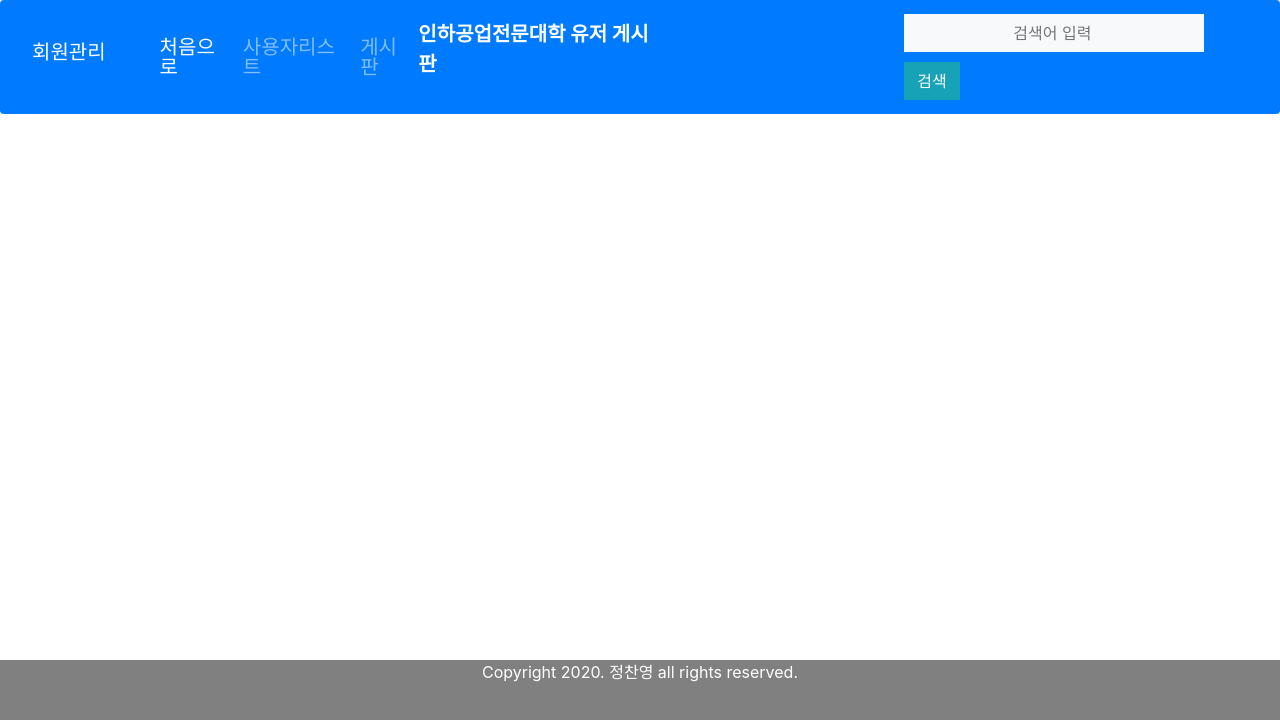
Repository: 201645032/IoTServerFrameWork
Page: http://localhost/layout/default
These files come from the project's save history. The page is drawn as it stood at one moment and after the next save; the edit follows.
The browser window is 1280 px wide. The pictures show the whole page.
Some web fonts or font styles are not loaded; a fallback is used. The page is this project's Thymeleaf template; nobody is signed in. The template is opened directly, without the code that normally fills it, so the values that code supplies are empty.

Above is the page before, as saved 2020-06-11 05:56:43.

### MyProject/src/main/resources/templates/layout/default.html
<html lagn="ko" xmlns:th="http://www.thymeleaf.org" xmlns:layout="http://www.ultraq.net.nz/thymeleaf/layout">
<style>
footer {
   width:100%;
   height:100px;

   bottom:1px;
   background:#5eaeff;
   text-align: center;
   color: white;
   padding-bottom: 19px;
}

#navbarSupportedContent{
	font-size:20px;
	color:white;
}

#nav-main{
font-style:bold;
}

#title_main{

margin-right: 250px;
font-weight: bold;
}
</style>

<head th:replace="fragments/config :: configFragment"></head>

<header th:replace="fragments/menu :: menuFragment"></header>

<div layout:fragment="content"></div>

<footer th:replace="fragments/footer :: footerFragment"></footer>
</html>

### MyProject/src/main/resources/templates/fragments/config.html
<html xmlns:th="http://www.thymeleaf.org"
      xmlns:layout="http://www.ultraq.net.nz/thymeleaf/layout">

<head th:fragment="configFragment">
    <meta charset="UTF-8" />
    <!-- 공통으로 쓰이는 css파일을넣는다.-->
    <link rel="stylesheet"
          href="https://maxcdn.bootstrapcdn.com/bootstrap/3.3.6/css/bootstrap.min.css" />
    <!-- 컨텐츠페이지의 CSS 영역이 들어감 -->
    <th:block layout:fragment="css"></th:block>
	<link rel = "stylesheet" th:href="@{/style.css}"></link>
    <!-- 공통으로 쓰이는 css파일을넣는다.-->
<link rel="stylesheet" href="https://stackpath.bootstrapcdn.com/bootstrap/4.5.0/css/bootstrap.min.css" integrity="sha384-9aIt2nRpC12Uk9gS9baDl411NQApFmC26EwAOH8WgZl5MYYxFfc+NcPb1dKGj7Sk" crossorigin="anonymous">

	<!--  공통으로 쓰이는 js파일이 들어간다. -->
	<script src="https://code.jquery.com/jquery-3.5.1.slim.min.js" integrity="sha384-DfXdz2htPH0lsSSs5nCTpuj/zy4C+OGpamoFVy38MVBnE+IbbVYUew+OrCXaRkfj" crossorigin="anonymous"></script>
	<script src="https://cdn.jsdelivr.net/npm/popper.js@1.16.0/dist/umd/popper.min.js" integrity="sha384-Q6E9RHvbIyZFJoft+2mJbHaEWldlvI9IOYy5n3zV9zzTtmI3UksdQRVvoxMfooAo" crossorigin="anonymous"></script>
	<script src="https://stackpath.bootstrapcdn.com/bootstrap/4.5.0/js/bootstrap.min.js" integrity="sha384-OgVRvuATP1z7JjHLkuOU7Xw704+h835Lr+6QL9UvYjZE3Ipu6Tp75j7Bh/kR0JKI" crossorigin="anonymous"></script>
    <!-- 컨텐츠페이지의 스크립트 영역이 들어감 -->
    <th:block layout:fragment="script"></th:block>
</head>

</html>

### MyProject/src/main/resources/templates/fragments/menu.html
<html xmlns:th="http://www.thymeleaf.org">
<style>
</style>
<header th:fragment="menuFragment">

	<nav class="navbar navbar-expand-lg navbar-dark bg-primary" id = "nav-main">
		<a class="navbar-brand" href="/">회원관리</a>
		<button class="navbar-toggler" type="button" data-toggle="collapse"
			data-target="#navbarSupportedContent"
			aria-controls="navbarSupportedContent" aria-expanded="false"
			aria-label="Toggle navigation">
			<span class="navbar-toggler-icon"></span>
		</button>

		<div class="collapse navbar-collapse" id="navbarSupportedContent">
			<ul class="navbar-nav mr-auto">
				<li class="nav-item active"><a class="nav-link" href="/">처음으로
						<span class="sr-only">(current)</span>
				</a></li>
				<li class="nav-item"><a class="nav-link" href="/user/userList">사용자리스트</a></li>
				<li class="nav-item"><a class="nav-link" href="/board/boardList.do">게시판</a></li>
			</ul>
			<p id = "title_main">인하공업전문대학 유저 게시판</p>
			<form class="form-inline my-2 my-lg-0">
				<input class="btn btn-light" type="Search"
					placeholder="검색어 입력" aria-label="검색어 입력" style="width:300px">
				<button class="btn btn-info" type="submit">검색</button>
			</form>
		</div>
	</nav>

</header>

</html>

### MyProject/src/main/resources/templates/fragments/footer.html
<html xmlns:th="http://www.thymeleaf.org">


<footer th:fragment="footerFragment">

    <div class = "my_footer">
        <p>Copyright 2020. 정찬영 all rights reserved.</p>
    </div>

</footer>

</html>

### MyProject/src/main/resources/static/style.css
@CHARSET "UTF-8";

@import url(http://fonts.googleapis.com/earlyaccess/nanumgothic.css);
@import url(http://cdn.jsdelivr.net/font-nanum/1.0/nanumbarungothic/nanumbarungothic.css);

html{overflow:scorll;}
html, body, div, h1, h2, a, form, table, caption, thead, tbody, tr, th, td, submit {
	margin:0; outline:0; border:0; padding:0; font-size:100%; vertical-align:baseline; background:transparent;
}
body {
	font-size:0.875em; line-height:1.5; color:#666; -webkit-text-size-adjust:none; min-width:320px;
	font-family:'NanumGothic','나눔고딕',dotum, "Helvetica Neue", Helvetica, Verdana, Arial, Sans-Serief;
}
h1, h2, h3 {font-size: 1.5em;}
p{margin:0; padding:0;}
ul{margin:0;}
a:link, a:visited {text-decoration:none; color: #656565;}
input{vertical-align:middle;}
input:focus {outline:0;}
caption {display:none; width:0; height:0; margin-top:-1px; overflow:hidden; visibility:hidden; font-size:0; line-height:0;}

/*.container {max-width:1200px; margin:30px auto;} */
.board_list {width:100%; border-top:2px solid #252525; border-bottom:1px solid #ccc; margin:15px 0; border-collapse: collapse;}
.board_list thead th:first-child {background-image:none;}
.board_list thead th {border-bottom:1px solid #ccc; padding:13px 0; color:#3b3a3a; text-align: center; vertical-align:middle;}
.board_list tbody td {border-top:1px solid #ccc; padding:13px 0; text-align:center; vertical-align:middle;}
.board_list tbody tr:first-child td {border:none;}
.board_list tbody tr:hover{background:#ffff99;}
.board_list tbody td.title {text-align:left; padding-left:20px;}
.board_list tbody td a {display:inline-block}

.board_detail {width:100%; border-top:2px solid #252525; border-bottom:1px solid #ccc; border-collapse:collapse;}
.board_detail tbody input {width:100%;}
.board_detail tbody th {text-align:left; background:#f7f7f7; color:#3b3a3a; vertical-align:middle; text-align: center;}
.board_detail tbody th, .board_detail tbody td {padding:10px 15px; border-bottom:1px solid #ccc;}
.board_detail tbody textarea {width:100%; min-height:170px}


.btn {margin:5px; padding:5px 11px; color:#fff !important; display:inline-block; background-color:#7D7F82; vertical-align:middle; border-radius:0 !important; cursor:pointer; border:none;}
.btn:hover {background: #6b9ab8;}


.file_list a {display:inherit !important;}


footer{ position:fixed;
  left:0px;
  bottom:0px;
  height:60px;
  width:100%;
  background:grey;
  color: white; }


 .jumbotron {
	 background-image: url('../img/matrix.jpg');
 	background-size: cover;
 	text-shadow: black 0.2em 0.2em 0.2em;
 	color: white;
 	background: contain;
 	width: 100%;
 	height: 200px;
 	max-width:1400px;
 }

After the next save:
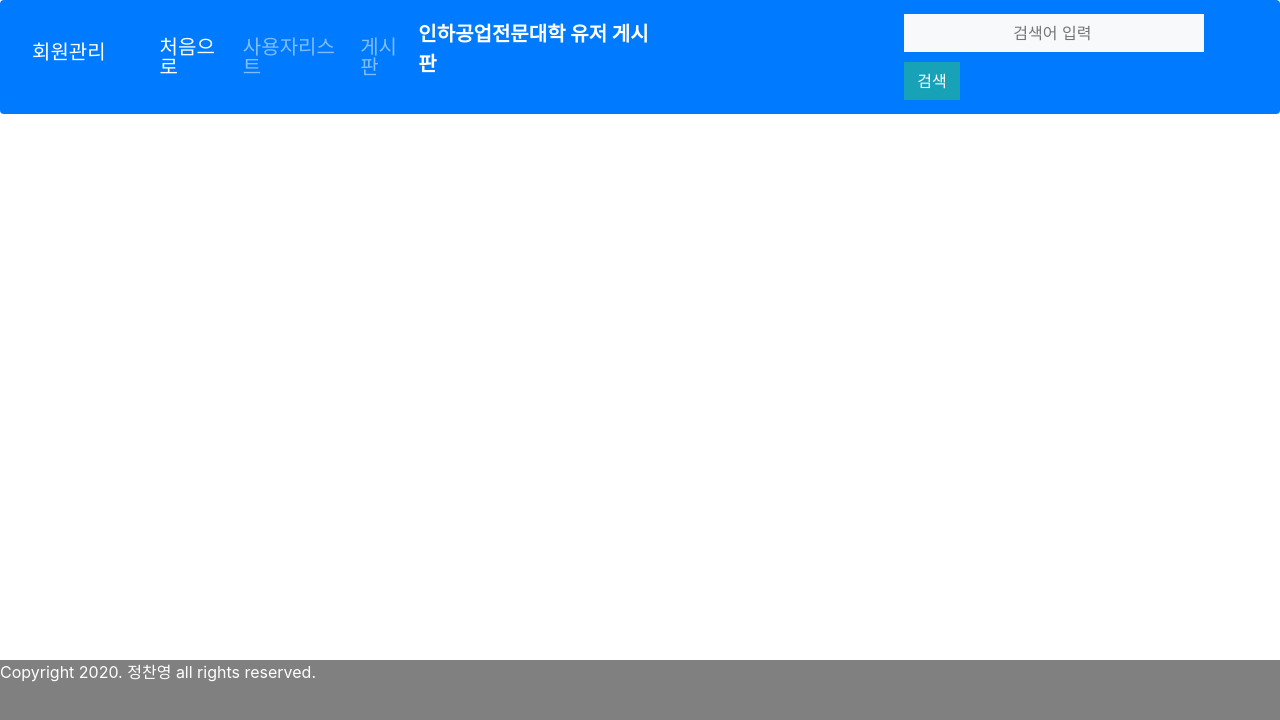
Saved 55 s later.
--- a/MyProject/src/main/resources/templates/layout/default.html
+++ b/MyProject/src/main/resources/templates/layout/default.html
@@ -1,14 +1,10 @@
 <html lagn="ko" xmlns:th="http://www.thymeleaf.org" xmlns:layout="http://www.ultraq.net.nz/thymeleaf/layout">
 <style>
 footer {
-   width:100%;
-   height:100px;
-
-   bottom:1px;
-   background:#5eaeff;
-   text-align: center;
-   color: white;
-   padding-bottom: 19px;
+position: absolute;
+bottom: 0;
+left: 0;
+right: 0;
 }
 
 #navbarSupportedContent{

After the save that followed:
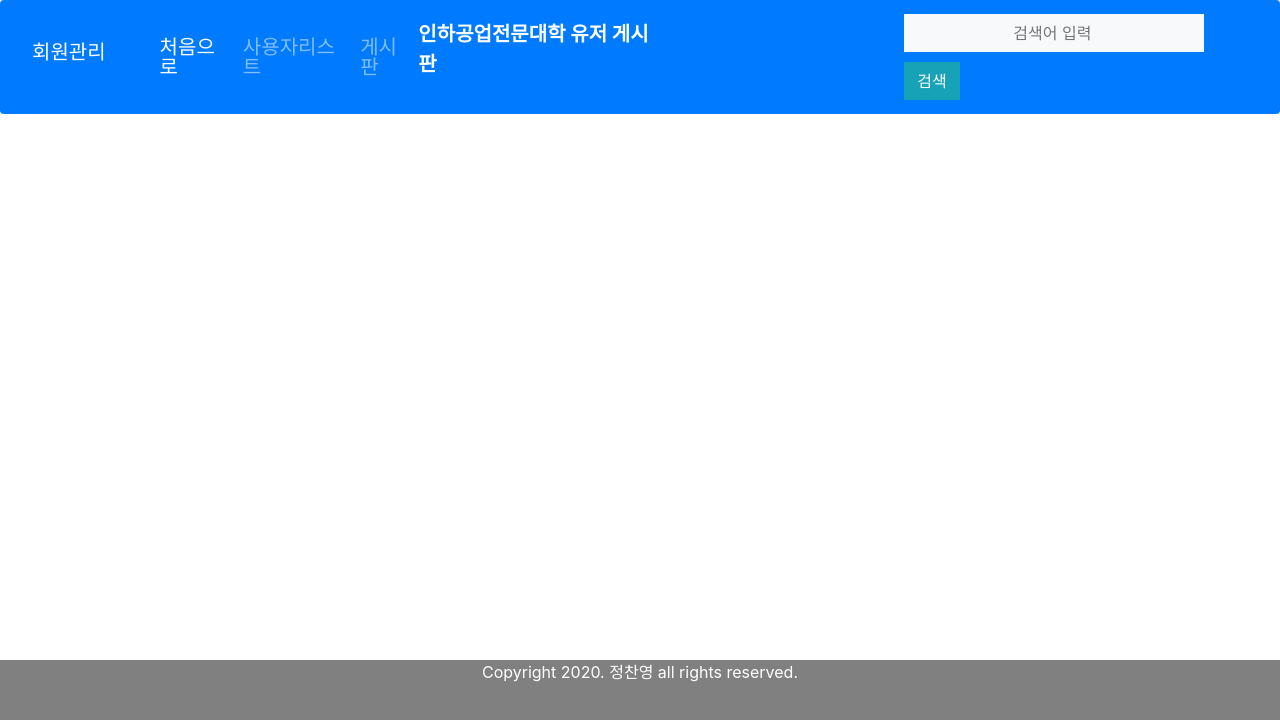
Saved 14 s later.
--- a/MyProject/src/main/resources/templates/layout/default.html
+++ b/MyProject/src/main/resources/templates/layout/default.html
@@ -5,6 +5,7 @@
 bottom: 0;
 left: 0;
 right: 0;
+text-align:center;
 }
 
 #navbarSupportedContent{
